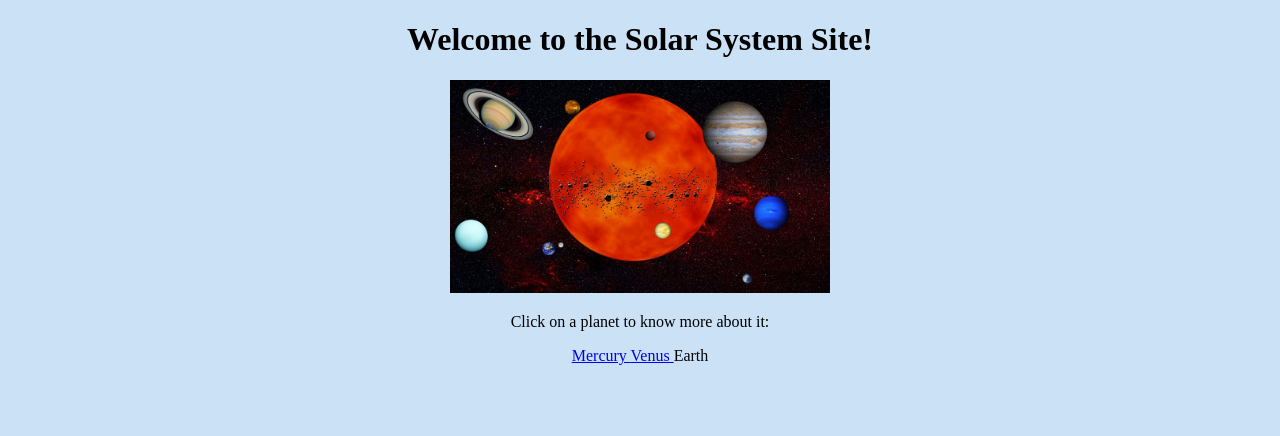
Repository: Voraphi/cst336-solar-systems
Page: http://localhost/
The author's editor kept a record of every edit. The page is drawn from the files as they stood at one moment, then again after the next edit.
The browser window is 1280 px wide. The pictures show the whole page.
The page is served by the project's Node server (solar-systems/app.js).

Above is the page before.

### solar-systems/views/index.html
<!DOCTYPE html>
<html>
    <head>
        <title> The Solar System </title>
        <link rel="stylesheet" href="/css/styles.css" type="text/css" />
    </head>
    <body>
        <h1> Welcome to the Solar System Site! </h1>
        <img width="30%" src="/img/solar-system.jpg" alt="The Solar System" />
        <p>Click on a planet to know more about it:</p>

            <a href="/mercury"> Mercury </a>
            <a href="/venus"> Venus </a>
            Earth <br/>
    </body>
</html>

### solar-systems/app.js
const express = require("express");
const app = express();

app.engine('html', require("ejs").renderFile);
app.use(express.static("public"));
// app.set("view engine", "html");

//routes
app.get("/", function (request, response) {
    response.render("index.html");
});

app.get("/mercury", function(request, response) {
   response.render("mercury.html");
});

app.get("/venus", function(request, response) {
   response.render("venus.html");
});

app.get("/earth", function(request, response) {
   response.render("earth.html");
});

app.get("*", function(request, response) {
   response.render("error.html");
});



app.listen(process.env.PORT, process.env.IP, function() {
    console.log("Express Server is Running...");
});

### solar-systems/public/css/styles.css
body {
    background-color: #CBE2F6;
    text-align: center;
}

.error {
    color: red;
}

After the next edit:
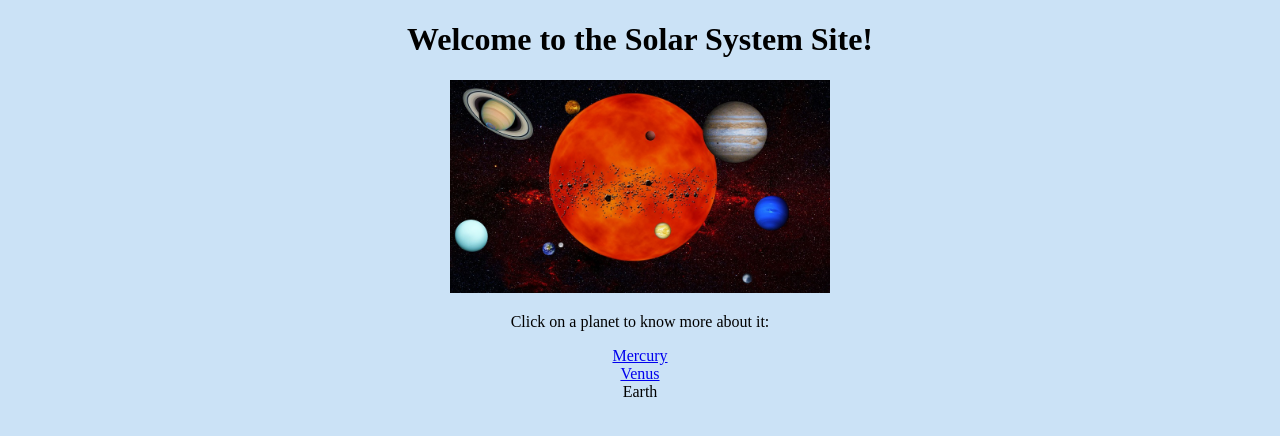
The edit:
--- a/solar-systems/views/index.html
+++ b/solar-systems/views/index.html
@@ -9,8 +9,8 @@
         <img width="30%" src="/img/solar-system.jpg" alt="The Solar System" />
         <p>Click on a planet to know more about it:</p>
 
-            <a href="/mercury"> Mercury </a>
-            <a href="/venus"> Venus </a>
+            <a href="/mercury"> Mercury </a> <br/>
+            <a href="/venus"> Venus </a> <br/>
             Earth <br/>
     </body>
 </html>
